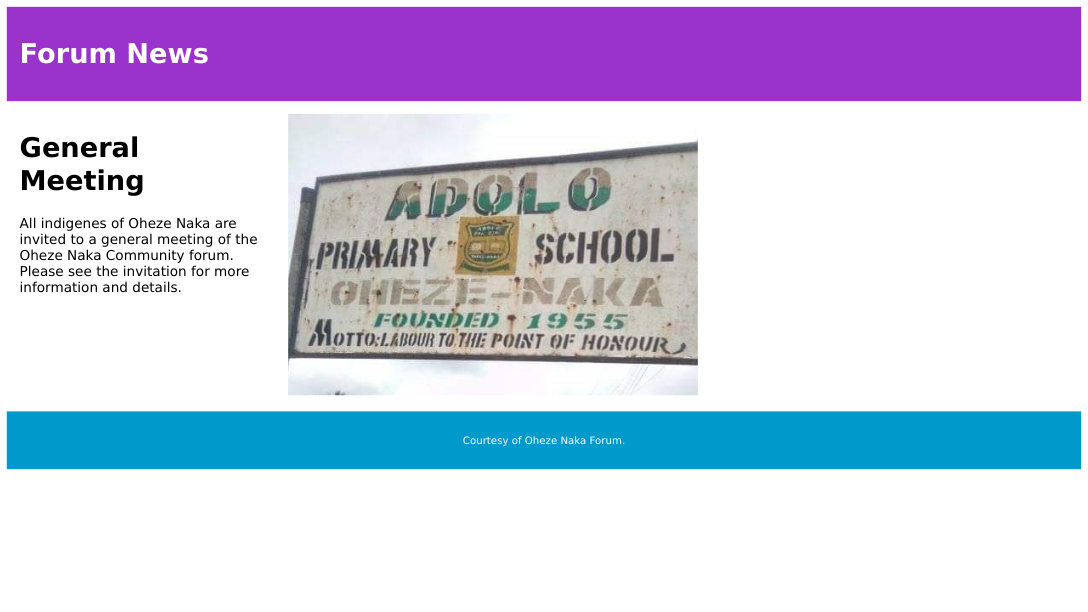
Repository: OtasowieRotimiOsifo/oheze-naka-forum
Page: activities.html
An editor plug-in stored every save of this project. The page is shown before and after the next save, followed by the edit.
The browser window is 1280 px wide. The pictures show the whole page, at 85% of full size.

Above is the page before, as saved 2021-03-20 21:25:39.

### activities.html
<!DOCTYPE html>
<html lang="en">
<head>
     <title>Oheze Naka Forum</title>

<meta name="viewport" content="width=device-width, initial-scale=1.0">

<style>
* {
  box-sizing: border-box;
}

.row::after {
  content: "";
  clear: both;
  display: table;
}

[class*="col-"] {
  float: left;
  padding: 15px;
}

img {
  max-width: 100%;
}

html {
  font-family: "Lucida Sans", sans-serif;
}

.header {
  background-color: #9933cc;
  color: #ffffff;
  padding: 15px;
}

.menu ul {
  list-style-type: none;
  margin: 0;
  padding: 0;
}

.menu li {
  padding: 8px;
  margin-bottom: 7px;
  background-color: #33b5e5;
  color: #ffffff;
  box-shadow: 0 1px 3px rgba(0,0,0,0.12), 0 1px 2px rgba(0,0,0,0.24);
}

.menu li:hover {
  background-color: #0099cc;
}

.aside {
  background-color: #33b5e5;
  padding: 15px;
  color: #ffffff;
  text-align: center;
  font-size: 14px;
  box-shadow: 0 1px 3px rgba(0,0,0,0.12), 0 1px 2px rgba(0,0,0,0.24);
}

.footer {
  background-color: #0099cc;
  color: #ffffff;
  text-align: center;
  font-size: 12px;
  padding: 15px;
}

/* For mobile phones: */
[class*="col-"] {
  width: 100%;
}

@media only screen and (min-width: 600px) {
  /* For tablets: */
  .col-s-1 {width: 8.33%;}
  .col-s-2 {width: 16.66%;}
  .col-s-3 {width: 25%;}
  .col-s-4 {width: 33.33%;}
  .col-s-5 {width: 41.66%;}
  .col-s-6 {width: 50%;}
  .col-s-7 {width: 58.33%;}
  .col-s-8 {width: 66.66%;}
  .col-s-9 {width: 75%;}
  .col-s-10 {width: 83.33%;}
  .col-s-11 {width: 91.66%;}
  .col-s-12 {width: 100%;}
}
@media only screen and (min-width: 768px) {
  /* For desktop: */
  .col-1 {width: 8.33%;}
  .col-2 {width: 16.66%;}
  .col-3 {width: 25%;}
  .col-4 {width: 33.33%;}
  .col-5 {width: 41.66%;}
  .col-6 {width: 50%;}
  .col-7 {width: 58.33%;}
  .col-8 {width: 66.66%;}
  .col-9 {width: 75%;}
  .col-10 {width: 83.33%;}
  .col-11 {width: 91.66%;}
  .col-12 {width: 100%;}
}
</style>

</head>
<body>
  <div class="header">
    <h1>Forum News</h1>
  </div>
<div class="row">

<div class="col-3 col-s-3">
  <h1>General Meeting</h1>
  <span> All indigenes of Oheze Naka are invited to a general meeting of the Oheze Naka Community forum. </span>
  <span>Please see the invitation for more information and details.</span>
</div>
<div class="col-8 col-s-9">
  <img src="img/school_sign2.jpg"/>
</div>
</div>
<div class="footer">
  <p>Courtesy of Oheze Naka Forum.</p>
</div>
</body>
</html>

After the next save:
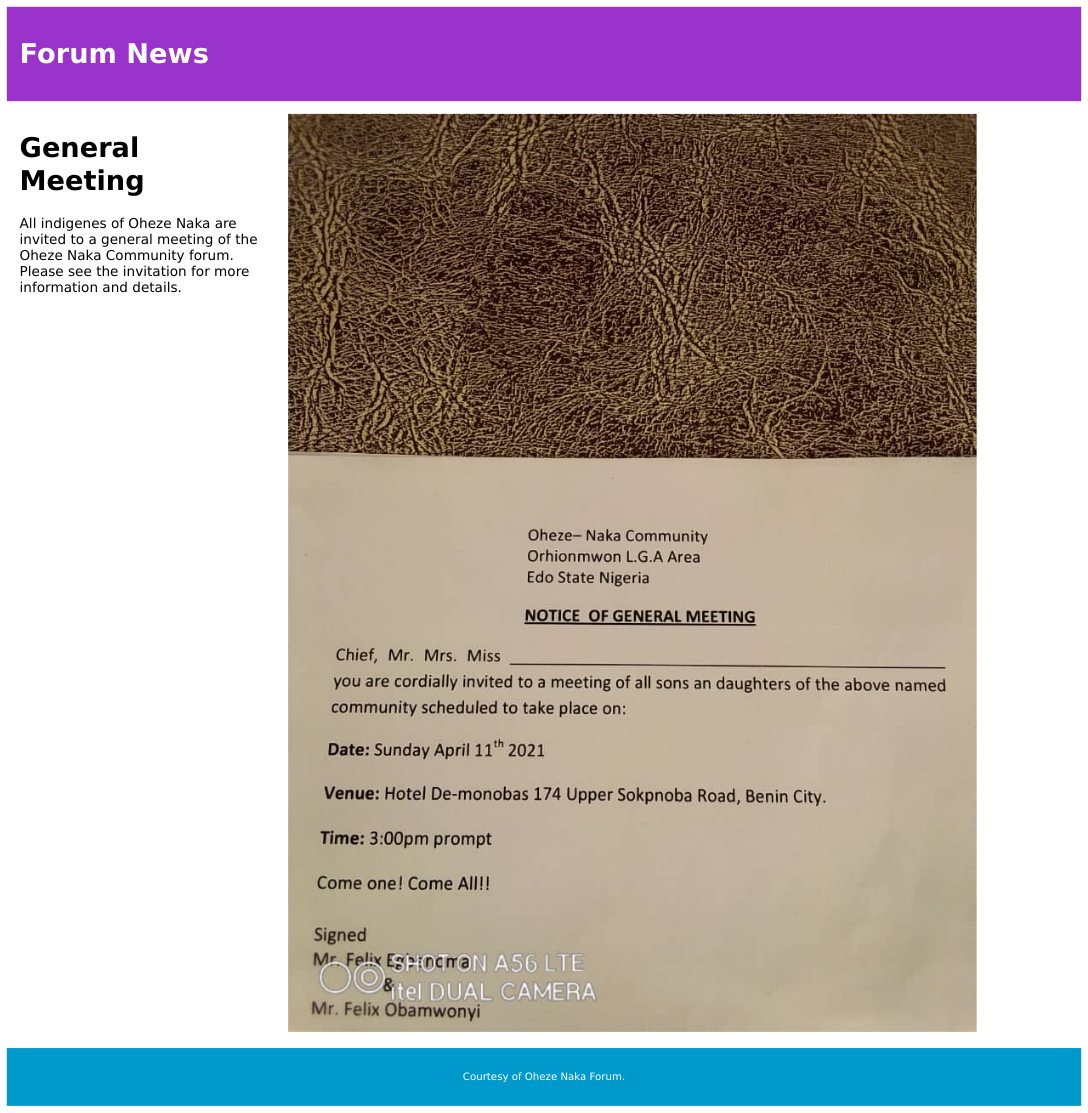
Saved 17 s later.
--- a/activities.html
+++ b/activities.html
@@ -120,7 +120,7 @@ html {
   <span>Please see the invitation for more information and details.</span>
 </div>
 <div class="col-8 col-s-9">
-  <img src="img/school_sign2.jpg"/>
+  <img src="img/invitation.jpeg"/>
 </div>
 </div>
 <div class="footer">
